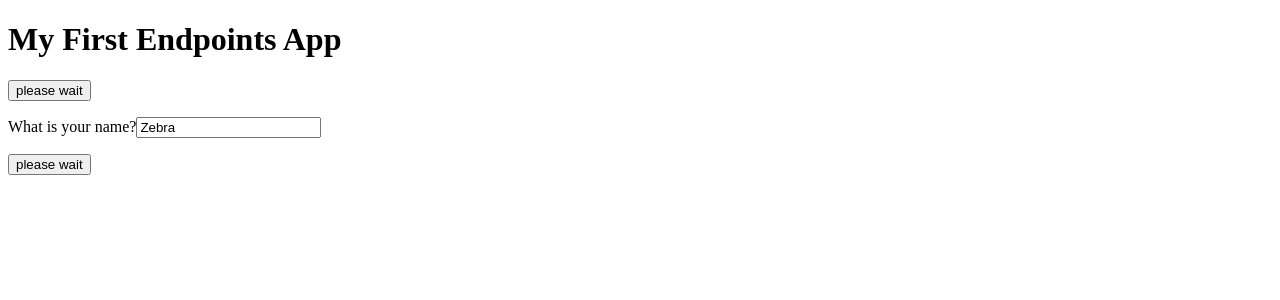
Repository: samramez/EE_workspace
Page: helloworld/src/main/webapp/index.html
An editor plug-in stored every save of this project. The page is shown before and after the next save, followed by the edit.
The browser window is 1280 px wide. The pictures show the whole page.

Above is the page before, as saved 2015-05-15 16:17:18.

After the next save:
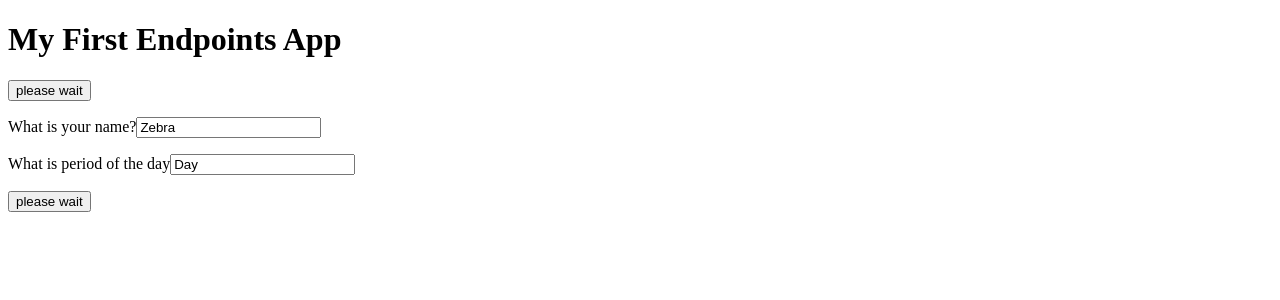
Saved 16 min 19 s later.
--- a/helloworld/src/main/webapp/index.html
+++ b/helloworld/src/main/webapp/index.html
@@ -20,6 +20,8 @@
 
 	<P>What is your name?<input value ="Zebra" id="name_field"></P>
 
+	<P>What is period of the day<input value ="Day" id="period_field"></P>
+
 	<P><input id="input_greet_by_name" type="button" value="please wait"
 	  onclick="will_be_set_after_endpoints_apis_loaded"></P>
 
